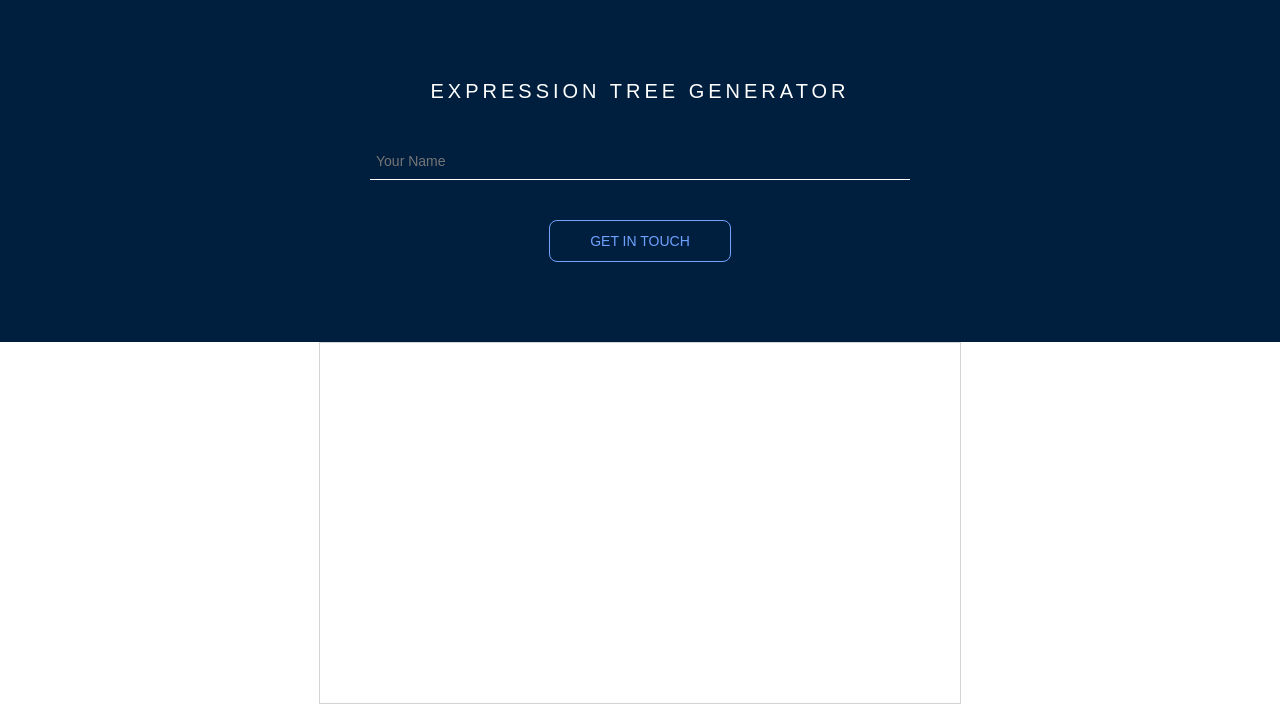
Repository: lnogueir/expression-tree-gen
Page: index.html
An editor plug-in stored every save of this project. The page is shown before and after the next save, followed by the edit.
The browser window is 1280 px wide. The pictures show the whole page.

Above is the page before, as saved 2020-03-15 19:15:55.

### index.html
<!DOCTYPE html>
<html lang="en">

<head>
    <meta charset="UTF-8">
    <meta name="viewport" content="width=device-width, initial-scale=1.0">
    <title>Canvas</title>
    <link rel="stylesheet" href="app.css">
</head>

<body>

    <div class="contact-section">
        <div class="inner-width">
          <h1>Expression Tree Generator</h1>
          <input type="text" class="name" id = 'expression-input' placeholder="Your Name">
          <button id="generate-tree">Get in touch</button>
        </div>
      </div>

    <div id="canvas-container">
        <canvas></canvas>
    </div>
</body>
<script src="https://ajax.googleapis.com/ajax/libs/jquery/3.4.1/jquery.min.js"></script>
<script src="https://cdnjs.cloudflare.com/ajax/libs/mathjs/6.6.1/math.min.js"></script>
<script src="tree.js"></script>
<script src="infixToPostfix.js"></script>
<script src="canvas.js"></script>

</html>

### app.css
*{
    margin: 0;
    padding: 0;
    box-sizing: border-box;
    font-family: "montserrat",sans-serif;
  }
  .contact-section{
    background: #001f3f;
    padding: 80px 0;
    text-align: center;
  }

  .inner-width{
    max-width: 600px;
    margin: auto;
    padding: 0 20px;
  }

  .contact-section h1{
    font-size: 20px;
    color: #FFF;
    margin-bottom: 40px;
    text-transform: uppercase;
    letter-spacing: 4px;
    font-weight: 400;
  }

  .name,.email,.message{
    background: none;
    border:none;
    outline: none;
    border-bottom: 1px solid;
    color: #FFF;
    padding: 10px 6px;
    font-size: 14px;
    margin-bottom: 40px;
  }

  .name{
    float: center;
    width: 540px;
  }

  .contact-section button{
      outline: none;
    background: none;
    color: #70a1ff;
    border: 1px solid #70a1ff;
    padding: 12px 40px;
    border-radius: 8px;
    text-transform: uppercase;
    font-size: 14px;
    transition: 0.4s linear;
    cursor: pointer;
  }

  .contact-section button:hover{
    background: #70a1ff;
    color: #fff;
  }

  .ending-section{
    background: #001f3f;
    padding: 80px 0;
    text-align: center;
  }


  @media screen and (max-width:600px){
    .name,.email{
      width: 100%;
    }
  }

#canvas-container{
    outline: none;
    border: none;
    display: flex;
    flex-direction: column;
    align-items: center;
    margin: auto;
    height: 50vh;
    width: 50vw;
    background: #FFF;
}

canvas{
    border: 1px solid lightgray;
}

### tree.js
function Node(value) {
    const radius = 32.5
    this.value = value;
    this.x = null;
    this.y = null;
    this.right = null;
    this.left = null;

    this.isLeaf = () => this.right == null && this.left == null;

    this.drawEdge = function (context, x, y, left_way) {
        context.strokeStyle = 'gray';
        context.beginPath()
        const x_y_ratio = Math.abs(this.y - y) / Math.abs(this.x - x)
        const w = radius * Math.sqrt(1 / (1 + Math.pow(x_y_ratio, 2)))
        const d = x_y_ratio * w
        if (left_way) {
            context.moveTo(this.x - w, this.y + d)
            context.lineTo(x + w, y - d)
        } else {
            context.moveTo(this.x + w, this.y + d)
            context.lineTo(x - w, y - d)
        }

        context.stroke()
    }

    this.draw = function (context) {
        context.beginPath()
        context.arc(this.x, this.y, radius, 0, Math.PI * 2, false)
        context.fillStyle = 'rgba(255, 255, 255, 0.5)'
        context.fill()
        context.strokeStyle = 'black'
        context.stroke()
        context.font = '25px Times New Roman'
        context.textAlign = 'center'
        context.textBaseline = 'middle'
        context.fillStyle = "black";
        context.fillText(this.value, this.x, this.y);
    }
}

function constructTree(postfix) {
    const OPERATORS = ['*', '/', '-', '+']
    var stack = []
    var root = null;
    var current;
    var shift = false;
    for (var i = postfix.length - 1; i >= 0; i--) {
        if (null === root) {
            current = new Node(postfix[i]);
            root = current;
        } else {
            if (shift) {
                current.left = new Node(postfix[i])
                current = current.left
                shift = false
            } else {
                current.right = new Node(postfix[i])
                current = current.right
            }
        }
        if (OPERATORS.includes(postfix[i])) {
            stack.push(current);
        } else {
            current = stack.pop();
            shift = true
        }
    }
    return root;
}

function getSize(root) {
    var size = 0
    function countSize(root) {
        if (null != root) {
            size++;
            countSize(root.left)
            countSize(root.right)
        }
    }
    countSize(root);
    return size;
}

function print_coords(root) {
    if (null != root) {
        print_coords(root.left)
        console.log(root.value, root.x, root.y)
        print_coords(root.right)
    }
}

function setCoordinates(root) {
    var i = 0
    const OFFSET = 50
    const size = getSize(root)
    const canvas_mid_point = window.innerWidth / 2;
    function setCoordinates(subt, depth) {
        if (null != subt) {
            setCoordinates(subt.left, depth + 1)
            subt.x = canvas_mid_point + (OFFSET * (i - size / 2))
            subt.y = OFFSET + (depth * 1.5 * OFFSET)
            i++
            setCoordinates(subt.right, depth + 1)
        }
    }
    setCoordinates(root, 0)
}

function drawTree(root, context) {
    if (null != root) {
        root.draw(context)
        if (null != root.left) {
            root.drawEdge(context, root.left.x, root.left.y, true);
        }
        drawTree(root.left, context)
        if (null != root.right) {
            root.drawEdge(context, root.right.x, root.right.y, false)
        }
        drawTree(root.right, context)
    }
}

### infixToPostfix.js
function isBracketed(expr) {
  var stack = []
  for (var i = 0; i < expr.length; i++) {
    if ('(' === expr[i]) {
      stack.push('(')
    } else if (')' === expr[i]) {
      stack.pop()
      if (stack.length === 0) {
        if (i !== expr.length - 1) {
          return false
        } else {
          return true
        }
      }
    }
  }
  return false;
}

function isValidExpression(expr) {
  if (expr.length < 3) {
    return false;
  }
  for (var i = 0; i < expr.length; i++) {
    if ('abcdefghijklmnopqrstuvwxyz*()/+-'.indexOf(expr[i]) === -1) {
      return false;
    }
  }
  try {
    while ("(" === expr[0] && ")" === expr[expr.length - 1]) {
      if (isBracketed(expr)) {
        expr = expr.substring(1, expr.length - 1);
      } else break;
    }
    var res = math.parse(expr);
    if ((typeof res.implicit === 'undefined') || res.fn.indexOf('unary') !== -1) {
      return false;
    }
    return true;
  }
  catch (ex) {
    return false;
  }
}

function infixToPostfix(expression) {
  if (!isValidExpression(expression)) {
    return null;
  }
  const prec = { "*": 3, "/": 3, "-": 2, "+": 2, "(": 1 }
  op_stack = []
  postfixList = []
  tokens = expression.split('')
  for (const token of tokens) {
    if ("abcdefghijklmnopqrstuvwxyz".indexOf(token) !== -1) {
      postfixList.push(token)
    } else if ("(" === token) {
      op_stack.push(token)
    } else if (")" === token) {
      var top_op_token = op_stack.pop()
      while (top_op_token !== '(') {
        postfixList.push(top_op_token)
        top_op_token = op_stack.pop()
      }
    } else {
      var peek_elem = op_stack.slice(-1)[0];
      while (op_stack.length > 0 && (prec[peek_elem] >= prec[token])) {
        postfixList.push(op_stack.pop())
        peek_elem = op_stack.slice(-1)[0];
      }
      op_stack.push(token)
    }
  }
  while (op_stack.length > 0) {
    postfixList.push(op_stack.pop())
  }
  return postfixList
}

### canvas.js
var canvas = document.querySelector('canvas')

canvas.height = document.getElementById('canvas-container').offsetHeight;
canvas.width = document.getElementById('canvas-container').offsetWidth;

var c = canvas.getContext('2d')

$('#generate-tree').click(() => {
    var expression = $('#expression-input').val()
    if (typeof expression !== 'undefined' && null != expression) {
        expression = expression.replace(/\s+/g, '')
        expression = expression.toLowerCase()
        var postfix = infixToPostfix(expression);
        if (null !== postfix) {
            var root = constructTree(postfix)
            setCoordinates(root)
            c.clearRect(0, 0, canvas.width, canvas.height);
            drawTree(root, c)
        } else {
            alert('Enter valid expression')
        }

    } else {
        alert('Enter valid expression')
    }
})

After the next save:
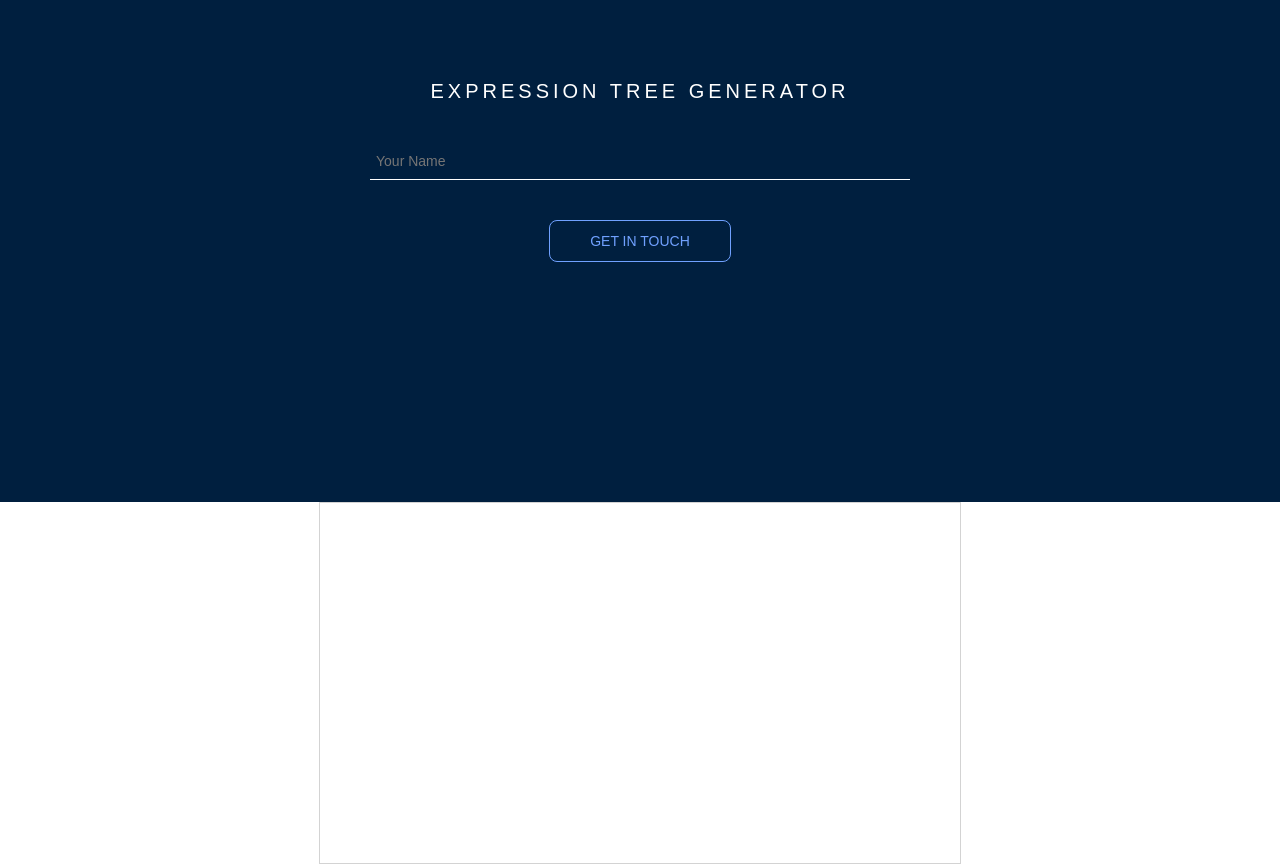
Saved 4 s later.
--- a/index.html
+++ b/index.html
@@ -18,6 +18,10 @@
         </div>
       </div>
 
+      <div class="ending-section">
+
+      </div>
+
     <div id="canvas-container">
         <canvas></canvas>
     </div>
